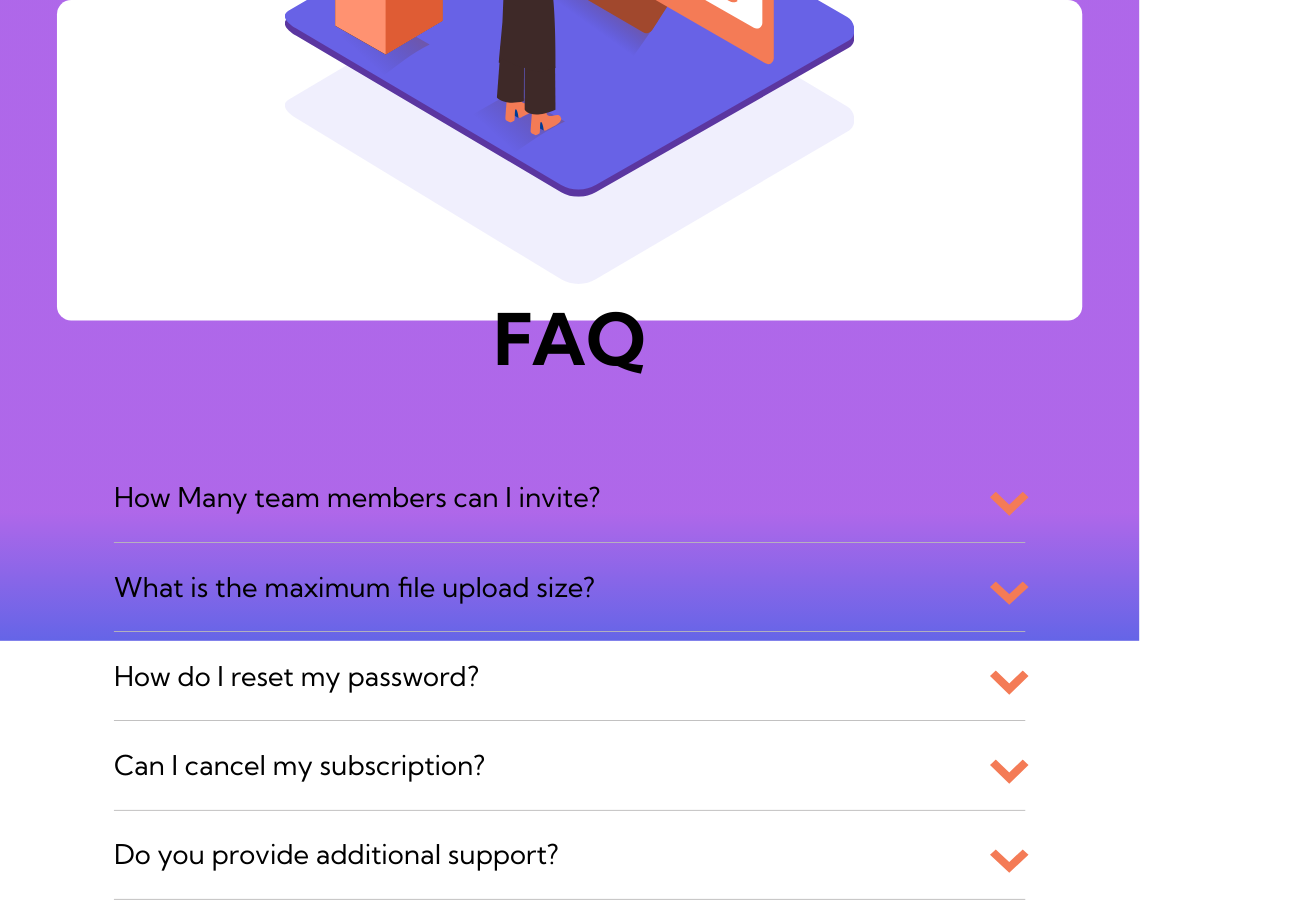
Repository: ryanwilll/ProjetoFAQ
Page: index.html
An editor plug-in stored every save of this project. The page is shown before and after a run of saves, followed by the edit.
The browser window is 1280 px wide. The page is 1280 px wide, then 1472 px, then 1280 px, so the pictures cover 1472 px, including what lies to the right of the window. The pictures show the whole page, at 89% of full size.

Above is the page before, as saved 2022-10-26 20:01:23.

### index.html
<!DOCTYPE html>
<html lang="pt-br">

<head>
  <meta charset="UTF-8">
  <meta name="viewport" content="width=device-width, initial-scale=1.0">
  <!-- displays site properly based on user's device -->
  <link rel="preconnect" href="https://fonts.googleapis.com">
  <link rel="preconnect" href="https://fonts.gstatic.com" crossorigin>
  <link rel="preconnect" href="https://fonts.googleapis.com">
  <link rel="preconnect" href="https://fonts.gstatic.com" crossorigin>
  <link href="https://fonts.googleapis.com/css2?family=Kumbh+Sans:wght@400;700&display=swap" rel="stylesheet">
  <link rel="icon" type="image/png" sizes="32x32" href="./images/favicon-32x32.png">
  <link rel="stylesheet" href="./css/style.css">
  <link rel="stylesheet" href="./css/allmedia.css">
  <title>Frontend Mentor | FAQ Accordion Card</title>

  <!-- Feel free to remove these styles or customise in your own stylesheet 👍 -->
</head>

<body>

  <main class="container">
    <div class="card-white">
      <div class="imgs">
        <img class="img-principal" src="./images/illustration-woman-online-mobile.svg" alt="Ilustração Mobile">
        <img class="sombra-img-principal" src="./images/bg-pattern-mobile.svg" alt="Sombreamento da Imagem">
      </div>
      <h1 class="FAQ">FAQ</h1>
      <div class="faq-menu">

        <div class="text">
          <button class="button-answer">
            <div class="question"> How Many team members can I invite?<img class="seta"
                src="./images/icon-arrow-down.svg" alt="Seta para baixo"></div>

          </button>
          <p class="answer"> You can invite up to 2 additional users on the Free plan. There is no limit on team
            members
            for the Premium
            plan.</p>
        </div>
        <div class="text">
          <button class="button-answer">
            <div class="question"> What is the maximum file upload size?<img class="seta"
                src="./images/icon-arrow-down.svg" alt="Seta para baixo"></div>

          </button>
          <p class="answer"> No more than 2GB. All files in your account must fit your allotted storage space.</p>
        </div>
        <div class="text">
          <button class="button-answer">
            <div class="question"> How do I reset my password?<img class="seta" src="./images/icon-arrow-down.svg"
                alt="Seta para baixo"></div>

          </button>
          <p class="answer"> Click “Forgot password” from the login page or “Change password” from your profile page.
            A reset link will be emailed to you.</p>
        </div>
        <div class="text">
          <button class="button-answer">
            <div class="question"> Can I cancel my subscription?<img class="seta" src="./images/icon-arrow-down.svg"
                alt="Seta para baixo"></div>

          </button>
          <p class="answer"> Yes! Send us a message and we’ll process your request no questions asked.</p>
        </div>
        <div class="text">
          <button class="button-answer">
            <div class="question"> Do you provide additional support?<img class="seta"
                src="./images/icon-arrow-down.svg" alt="Seta para baixo"></div>

          </button>
          <p class="answer"> You can invite up to 2 additional users on the Free plan. There is no limit on team
            members
            for the Premium
            plan.</p>
        </div>
      </div>

    </div>
  </main>
  <script src="./src/index.js"></script>
</body>

</html>

### css/style.css
@charset "UTF-8";

/*Versão Mobile First*/
* {
  font-family: "Kumbh Sans", sans-serif;
  margin: 0px;
  padding: 0px;
  box-sizing: border-box;
}

body {
  background: linear-gradient(hsl(273, 75%, 66%) 80%, hsl(240, 73%, 65%));
  background: linear-gradient(hsl(273, 75%, 66%) 80%, hsl(240, 73%, 65%));
  background-repeat: no-repeat;
  position: relative;
  height: 100vh;
  width: 100vw;
}

.card-white {
  background-color: white;
  width: 90vw;
  max-height: 100vh;
  margin: 10em auto;
  border-radius: 1em;
  padding-bottom: 5em;
}

.card-white .imgs {
  position: relative;
  width: 50vw;
  margin: auto;
  top: -5.5em;
  z-index: 1;
}

.card-white .imgs .sombra-img-principal {
  position: relative;
  width: 50vw;
  margin: auto;
  top: -4.5em;
  z-index: -1;
}
.card-white .FAQ {
  font-size: 2.5em;
  text-align: center;
  font-weight: 600;
  margin: -3em 0em 1em;
}

.card-white button {
  border-style: none;
  text-align: left;
  background-color: transparent;
  transition: color ease-in-out 0.2s;
  justify-content: space-between;
  width: 70%;
}
.card-white button img {
  position: relative;
  right: 4em;
  float: right;
  bottom: -0.4em;
}

.card-white button:hover {
  color: orange;
}

.card-white .faq-menu .text .question {
  width: 90vw;
  margin: 1em 0em;
}

.card-white .answer {
  visibility: hidden;
  height: 0;
  transition: height 0.5s ease;
}
.card-white .faq-menu .text {
  border-bottom: 1px solid rgb(187, 186, 186);
  width: 80vw;
  margin: auto;
}

.card-white .faq-menu .text.active .question {
  font-weight: bold;
}

.card-white .faq-menu .text.active .answer {
  visibility: visible;
  height: 2.4em;
  margin: 0.5em 0em;
  width: 75vw;
  font-size: 0.7em;
  margin-bottom: 2em;
  animation: fade 1s ease-in-out;
}

.card-white .faq-menu .text.active .seta {
  transform: rotate(180deg);
}
.seta {
  transition: transform 0.5s ease-in;
}

@keyframes fade {
  from {
    opacity: 0;
    transform: translateY(-10px);
  }
  to {
    opacity: 1;
    transform: translateY(0px);
  }
}

### css/allmedia.css
@media screen and (min-width: 600px) and (max-width: 768px) {
  body {
    background: linear-gradient(hsl(273, 75%, 66%) 80%, hsl(240, 73%, 65%));
    background: linear-gradient(hsl(273, 75%, 66%) 80%, hsl(240, 73%, 65%));
    background-repeat: no-repeat;
    position: relative;
    height: 100%;
    width: 100%;
  }
  .card-white {
    max-height: 100%;
    margin: 13em auto;
    border-radius: 1em;
    padding-bottom: 5em;
  }
  .card-white .imgs {
    top: -10.5em;
  }

  .card-white .imgs .sombra-img-principal {
    top: -7.5em;
  }
  .card-white .FAQ {
    font-size: 3.5em;
    margin: -5em 0em 1em;
  }
  .card-white button img {
    width: 1.5em;
    height: 1em;
  }
  .card-white .faq-menu .text .question {
    font-size: 2em;
  }
  .card-white .faq-menu .text.active .answer {
    font-size: 1.5em;
  }
}

@media screen and (min-width: 769px) and (max-width: 992px) {
  body {
    background: linear-gradient(hsl(273, 75%, 66%) 80%, hsl(240, 73%, 65%));
    background: linear-gradient(hsl(273, 75%, 66%) 80%, hsl(240, 73%, 65%));
    background-repeat: no-repeat;
    position: relative;
    height: 100%;
    width: 100%;
  }
  .card-white {
    max-height: 100%;
    margin: 15em auto;
    border-radius: 1em;
    padding-bottom: 5em;
  }
  .card-white .imgs {
    top: -13.5em;
  }

  .card-white .imgs .sombra-img-principal {
    top: -9.5em;
  }
  .card-white .FAQ {
    font-size: 4em;
    margin: -5em 0em 1em;
  }
  .card-white button img {
    width: 1.5em;
    height: 1em;
  }
  .card-white .faq-menu .text .question {
    font-size: 2em;
  }
  .card-white .faq-menu .text.active .answer {
    font-size: 1.5em;
  }
}

@media screen and (min-width: 993px) and (max-width: 1200px) {
  body {
    background: linear-gradient(hsl(273, 75%, 66%) 80%, hsl(240, 73%, 65%));
    background: linear-gradient(hsl(273, 75%, 66%) 80%, hsl(240, 73%, 65%));
    background-repeat: no-repeat;
    position: relative;
    height: 100%;
    width: 100%;
  }
  .card-white {
    max-height: 100%;
    margin: 15em auto;
    border-radius: 1em;
    padding-bottom: 5em;
  }
  .card-white .imgs {
    top: -16.5em;
  }

  .card-white .imgs .sombra-img-principal {
    top: -11.5em;
  }
  .card-white .FAQ {
    font-size: 5em;
    margin: -5.5em 0em 1em;
  }
  .card-white button img {
    width: 1.5em;
    height: 1em;
  }
  .card-white .faq-menu .text .question {
    font-size: 2.3em;
  }
  .card-white .faq-menu .text.active .answer {
    font-size: 1.7em;
  }
}

@media screen and (min-width: 1201px) {
  body {
    background: linear-gradient(hsl(273, 75%, 66%) 80%, hsl(240, 73%, 65%));
    background: linear-gradient(hsl(273, 75%, 66%) 80%, hsl(240, 73%, 65%));
    background-repeat: no-repeat;
    position: relative;
    height: 100vh;
    width: 100vw;
  }
  .card-white {
    max-height: 50vh;
    margin: auto;
  }
  .card-white .imgs {
    top: -16.5em;
  }

  .card-white .imgs .sombra-img-principal {
    top: -11.5em;
  }
  .card-white .FAQ {
    font-size: 5em;
    margin: -5.5em 0em 1em;
  }
  .card-white button img {
    width: 1.5em;
    height: 1em;
  }
  .card-white .faq-menu .text .question {
    font-size: 2.3em;
  }
  .card-white .faq-menu .text.active .answer {
    font-size: 1.7em;
  }
}

### src/index.js
const faqs = document.querySelectorAll(".text");

faqs.forEach((faq) => {
  faq.addEventListener("click", () => {
    faq.classList.toggle("active");
  });
});

After the next 2 saves:
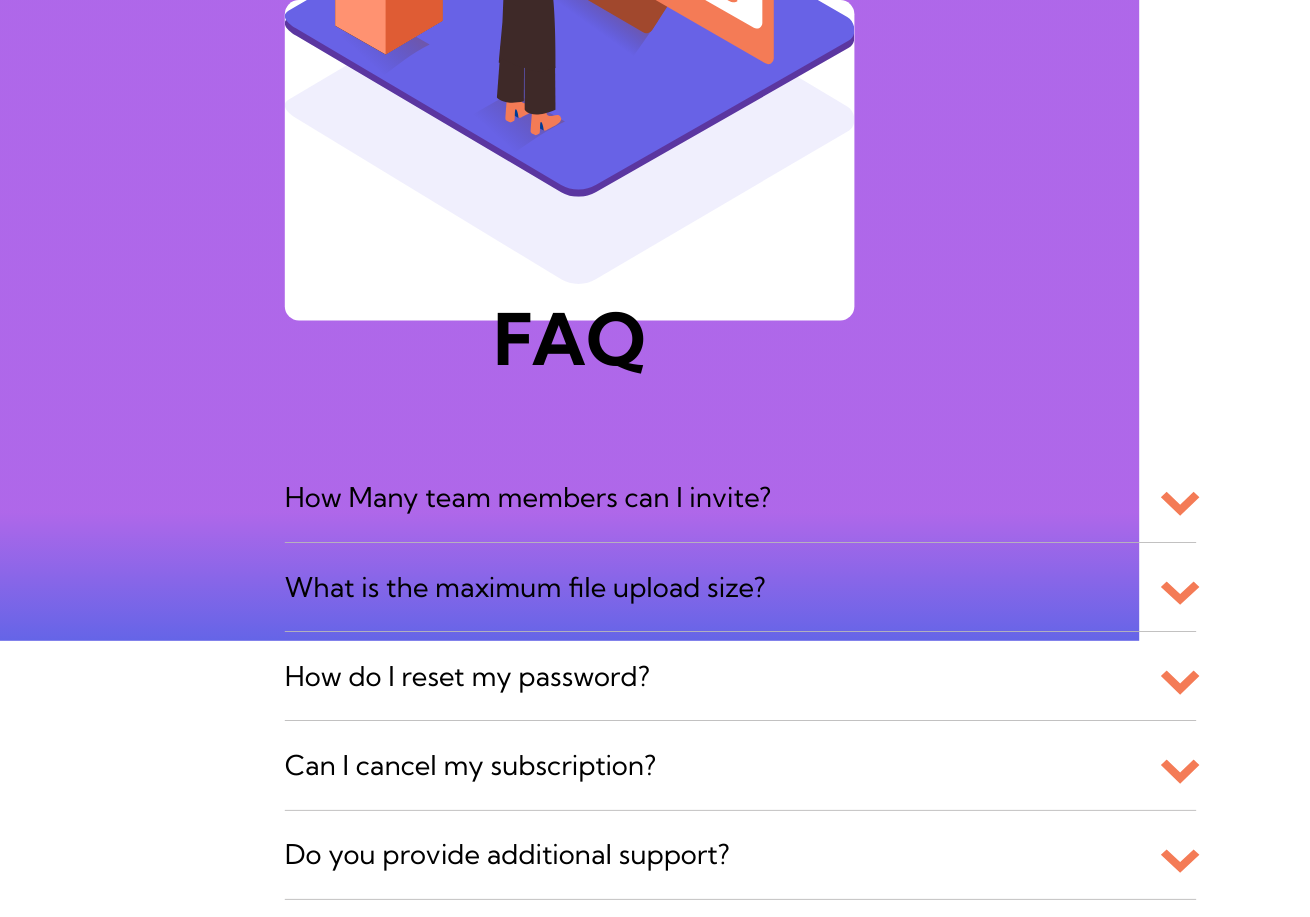
The 2 saves are shown as one change because they came seconds apart.
The last was saved 11 s later.
--- a/css/allmedia.css
+++ b/css/allmedia.css
@@ -123,6 +123,8 @@
   }
   .card-white {
     max-height: 50vh;
+    max-width: 50vw;
+
     margin: auto;
   }
   .card-white .imgs {

After the 2 saves that followed:
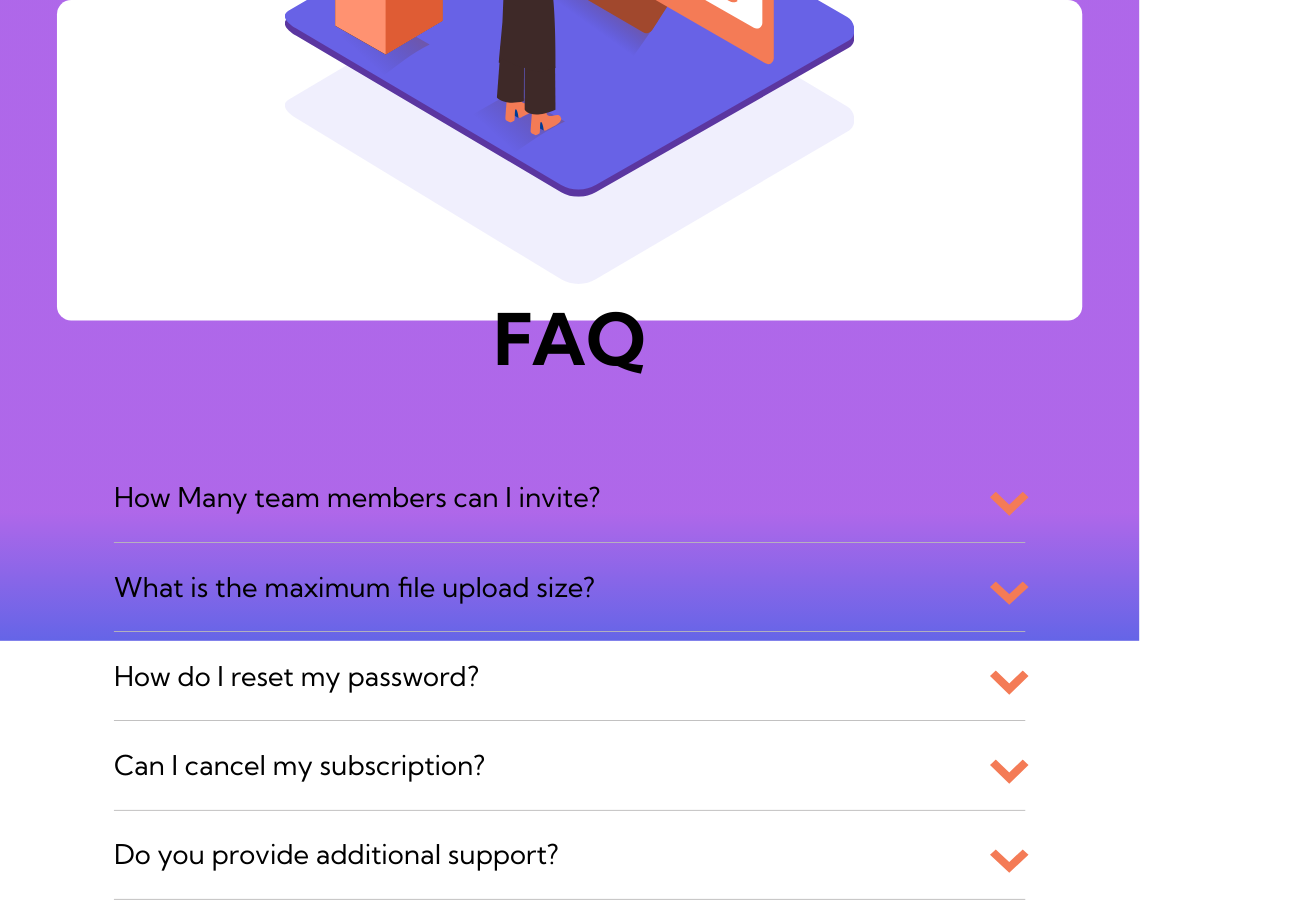
The 2 saves are shown as one change because they came seconds apart.
The last was saved 7 s later.
--- a/css/allmedia.css
+++ b/css/allmedia.css
@@ -123,7 +123,7 @@
   }
   .card-white {
     max-height: 50vh;
-    max-width: 50vw;
+    max-width: 90vw;
 
     margin: auto;
   }
